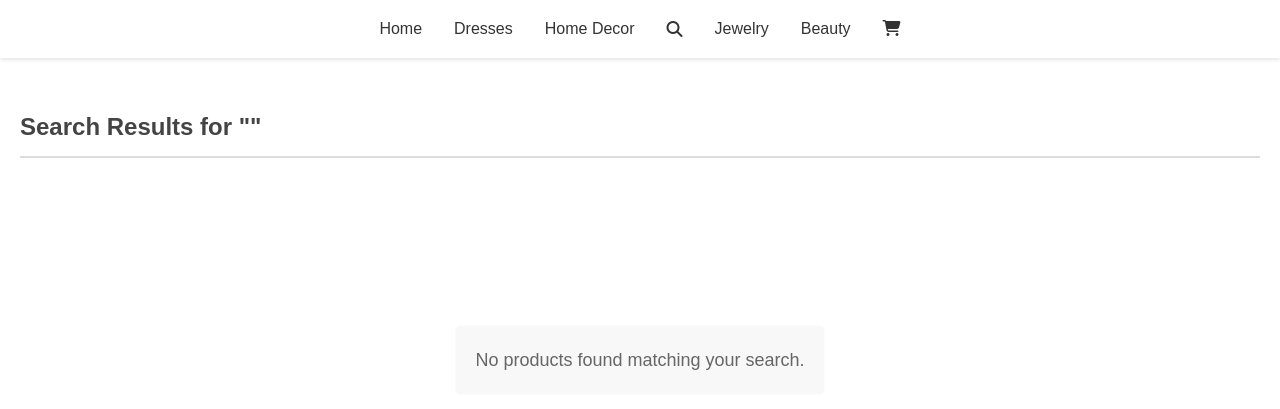
Repository: mrPractise/Elma-Shop
Page: http://localhost/search/
These files come from the project's save history. The page is drawn as it stood at one moment and after the next save; the edit follows.
The browser window is 1280 px wide. The pictures show the whole page.
Some web fonts or font styles are not loaded; a fallback is used. The page is served by the project's application, run on Django 5.2 (manage.py). Other server files are loaded and not shown. Queries for data that is not in the repository find no rows.

Above is the page before, as saved 2024-10-20 16:54:25.

### Shop/templatetags/cart_tags.py
from django import template
from Shop.models import Cart, CartItem

register = template.Library()

@register.filter
def cart_item_count(session):
    cart_id = session.get('cart_id')
    if cart_id:
        return CartItem.objects.filter(cart_id=cart_id).count()
    return 0

### Shop/templatetags/category_tags.py


from django import template
from django.urls import reverse

register = template.Library()

@register.simple_tag
def category_url(category):
    url_names = {
        'beauty-products': 'beauty-products',
        'dresses': 'dresses',
        'jewelry': 'jewelry',
        'home-decor': 'home-decor'
    }
    url_name = url_names.get(category.slug, 'category_detail')
    return reverse(url_name, kwargs={'category_slug': category.slug})

### templates/search_results.html


{% load static %}
{% load humanize %}
{% load custom_filters %}
<link rel="stylesheet" href="{% static 'css/search_results.min.css' %}" />
{% include 'navbar.html' %}
<div class="search-results-container">
    <h2 class="search-results-title">Search Results for "{{ query }}"</h2>

    <div class="product-grid">
        {% for product in products %}
        <div class="product-item" data-product-id="{{ product.id }}" data-subcategory="{{ product.subcategory.slug|default:'all' }}">
            <div class="product-image-container">
                <img src="{{ product.image.url }}" alt="{{ product.name }}" loading="lazy"/>
            </div>
            <div class="product-info">
                <h3>{{ product.name }}</h3>
                <div class="product-desc">
                    <p>{{product.short_description}}</p>
                </div>
                <div class="product-price" data-unit-price="{{ product.price }}">
                    Ksh.{{ product.price|intcomma }}
                </div>
                <div class="product-cart">
                    <button class="cart-btn" data-product-id="{{ product.id }}">
                        Add to Cart
                    </button>
                    <span class="cart-quantity">{{ cart_quantities|get_item:product.id|default:"0" }}</span>
                    <button
                        class="remove-from-cart"
                        data-product-id="{{ product.id }}"
                        style="display: {% if cart_quantities|get_item:product.id %}inline-block{% else %}none{% endif %}"
                    >
                        Remove
                    </button>
                </div>
            </div>
        </div>
        {% empty %}
        <div class="no-product">
            <p class="empty-cart-message">No products found matching your search.</p>
        </div>
        {% endfor %}
    </div>

    {% if products.has_other_pages %}
    <div class="pagination">
        <span class="step-links">
            {% if products.has_previous %}
                <a href="?q={{ query }}&page=1">&laquo; first</a>
                <a href="?q={{ query }}&page={{ products.previous_page_number }}">previous</a>
            {% endif %}
            <span class="current">
                Page {{ products.number }} of {{ products.paginator.num_pages }}.
            </span>
            {% if products.has_next %}
                <a href="?q={{ query }}&page={{ products.next_page_number }}">next</a>
                <a href="?q={{ query }}&page={{ products.paginator.num_pages }}">last &raquo;</a>
            {% endif %}
        </span>
    </div>
    {% endif %}
</div>
<script>
       var initialCartCount = {{ cart_total_items|default:0 }};
</script>
    <script src="{% static 'javascript/cart.min.js' %}"></script>
    <script src="{% static 'javascript/utilities.min.js' %}"></script>

### Shop/context_processors.py
# In a new file, e.g., myapp/context_processors.py

from django.conf import settings
import urllib.parse

def whatsapp_url(request):
    phone_number = settings.WHATSAPP_NUMBER
    message = settings.WHATSAPP_MESSAGE
    whatsapp_url = f"https://wa.me/{phone_number}?text={urllib.parse.quote(message)}"
    return {'whatsapp_url': whatsapp_url}

### templates/navbar.html
{% load static %}
{% load cart_tags %}
<!DOCTYPE html>
<html lang="en">
<head>
    <meta charset="UTF-8">
    <meta name="viewport" content="width=device-width, initial-scale=1.0">
    <title>Responsive Navbar</title>
    <link rel="stylesheet" href="https://cdnjs.cloudflare.com/ajax/libs/font-awesome/6.4.0/css/all.min.css" integrity="sha512-iecdLmaskl7CVkqkXNQ/ZH/XLlvWZOJyj7Yy7tcenmpD1ypASozpmT/E0iPtmFIB46ZmdtAc9eNBvH0H/ZpiBw==" crossorigin="anonymous" referrerpolicy="no-referrer" />
    <link rel="stylesheet" href="{% static 'css/general.min.css' %}" />
</head>
<body>


<nav class="navbar">
    <ul>
        <li><a href="{% url 'home' %}" data-name="home">Home</a></li>
        <li><a href="{% url 'Dresses' %}" data-name="dress">Dresses</a></li>
        <li><a href="{% url 'Homedecor' %}" data-name="homedecor">Home Decor</a></li>
        <li>
            <a href="#" id="search-icon" class="search-icon">
                <i class="fas fa-search"></i>
            </a>
        </li>
        <li><a href="{% url 'Jewelry' %}" data-name="jewelry">Jewelry</a></li>
        <li><a href="{% url 'Beauty-Products' %}" data-name="beauty">Beauty</a></li>
        <li>
            <a href="{% url 'cartpage' %}" data-name="cart" class="cart-icon">
                <i class="fas fa-shopping-cart"></i>
                <span class="cart-counter">{{ request.session|cart_item_count }}</span>
            </a>
        </li>
    </ul>
</nav>

<!-- Search Modal -->
<div id="search-modal" class="modal">
    <div class="modal-content">
        <span class="close">&times;</span>
        <h2>Search Products</h2>
        <form action="{% url 'search_products' %}" method="get" class="search-form">
            <input type="text" name="q" placeholder="Search products..." required>
            <button type="submit"><i class="fas fa-search"></i></button>
        </form>
    </div>
</div>

<script>
    document.addEventListener("DOMContentLoaded", function() {
        // Set initial cart count
        const initialCartCount = {{ request.session|cart_item_count }};
        updateCartCounter(initialCartCount);

        function updateCartCounter(itemCount) {
            const cartCounter = document.querySelector(".cart-counter");
            if (cartCounter) {
                cartCounter.textContent = itemCount;
                cartCounter.style.display = itemCount > 0 ? "block" : "none";
            }
        }

        // Search modal functionality
        var searchIcon = document.getElementById('search-icon');
        var searchModal = document.getElementById('search-modal');
        var closeBtn = searchModal.querySelector('.close');

        searchIcon.addEventListener('click', function(e) {
            e.preventDefault();
            searchModal.style.display = 'block';
        });

        closeBtn.addEventListener('click', function() {
            searchModal.style.display = 'none';
        });

        window.addEventListener('click', function(e) {
            if (e.target == searchModal) {
                searchModal.style.display = 'none';
            }
        });
    });
</script>

### Shop/cache_control.py
from django.utils.cache import patch_cache_control
from django.conf import settings

def cache_control_middleware(get_response):
    def middleware(request):
        response = get_response(request)
        if request.path.startswith(settings.MEDIA_URL) and request.path.lower().endswith(('.png', '.jpg', '.jpeg', '.gif')):
            patch_cache_control(response, max_age=3600*24*30)  # Cache for 30 days
        return response
    return middleware

### Shop/middleware.py
class RemoveNoindexMiddleware:
    def __init__(self, get_response):
        self.get_response = get_response

    def __call__(self, request):
        response = self.get_response(request)

        if request.path == '/sitemap.xml':
            # Remove the x-robots-tag header for sitemap
            response.headers.pop('x-robots-tag', None)
            # Optionally, add a new header to explicitly allow indexing
            response.headers['X-Robots-Tag'] = 'index, follow'

        return response

### Shop/utils.py
from .models import Cart, CartItem
from reportlab.lib import colors
from reportlab.lib.pagesizes import letter
from reportlab.platypus import SimpleDocTemplate, Table, TableStyle, Paragraph, Spacer, Image
from reportlab.lib.styles import getSampleStyleSheet, ParagraphStyle
from reportlab.lib.units import inch
import requests
from io import BytesIO
import os
import uuid
from django.conf import settings
from urllib.parse import urljoin
import re
from urllib.parse import quote


def get_cart_quantities(request):
    if not request.session.session_key:
        return {}

    cart = Cart.objects.filter(session__session_key=request.session.session_key, is_active=True).first()
    if not cart:
        return {}

    cart_items = CartItem.objects.filter(cart=cart)
    return {item.product_id: item.quantity for item in cart_items}



def generate_order_pdf(order_details, items, order_number):
    # Sanitize the order number for use in a filename
    sanitized_order_number = re.sub(r'[^\w\-_\. ]', '_', order_number)

    # Generate a filename based on the sanitized order number
    filename = f"order_{sanitized_order_number}.pdf"
    filepath = os.path.join(settings.MEDIA_ROOT, 'order_pdfs', filename)

    # Ensure the directory exists
    os.makedirs(os.path.dirname(filepath), exist_ok=True)

    # Create the PDF document
    doc = SimpleDocTemplate(filepath, pagesize=letter)
    elements = []

    # Styles
    styles = getSampleStyleSheet()
    title_style = styles['Heading1']
    normal_style = styles['Normal']

    # Add order details
    elements.append(Paragraph(f"Order Details - {order_number}", title_style))
    for line in order_details.split('\n'):
        elements.append(Paragraph(line, normal_style))
    elements.append(Spacer(1, 0.25*inch))

    # Add items
    elements.append(Paragraph("Order Items", title_style))
    for item in items:
        # Create a table for each item
        data = [
            [Paragraph(f"<b>{item['product_name']}</b>", normal_style), ''],
            [f"Quantity: {item['quantity']}", f"Price: Ksh.{item['price']}"],
            [f"Total: Ksh.{item['total']}", '']
        ]

        # Try to add the image
        try:
            # Ensure the image URL is absolute
            image_url = item['image_url']
            if not image_url.startswith(('http://', 'https://')):
                image_url = urljoin(settings.BASE_URL, image_url)

            print(f"Fetching image from URL: {image_url}")  # Log the image URL
            response = requests.get(image_url, timeout=10)
            response.raise_for_status()  # Raise an exception for bad responses

            img = Image(BytesIO(response.content))
            img.drawHeight = 1.5 * inch
            img.drawWidth = 1.5 * inch
            data[0][1] = img
        except requests.RequestException as e:
            print(f"Failed to fetch image. Error: {str(e)}")
            data[0][1] = Paragraph("Image not available", normal_style)
        except Exception as e:
            print(f"Error processing image: {str(e)}")
            data[0][1] = Paragraph("Image not available", normal_style)

        # Create the table and add it to elements
        t = Table(data, colWidths=[4 * inch, 2 * inch])
        t.setStyle(TableStyle([
            ('BACKGROUND', (0, 0), (-1, -1), colors.white),
            ('TEXTCOLOR', (0, 0), (-1, -1), colors.black),
            ('ALIGN', (0, 0), (-1, -1), 'LEFT'),
            ('FONTNAME', (0, 0), (-1, -1), 'Helvetica'),
            ('FONTSIZE', (0, 0), (-1, -1), 12),
            ('TOPPADDING', (0, 0), (-1, -1), 12),
            ('BOTTOMPADDING', (0, 0), (-1, -1), 12),
            ('GRID', (0, 0), (-1, -1), 1, colors.black)
        ]))
        elements.append(t)
        elements.append(Spacer(1, 0.25 * inch))

    # Build the PDF
    doc.build(elements)

    # Generate the URL for the PDF
    pdf_url = os.path.join(settings.MEDIA_URL, 'order_pdfs', filename)

    return filename, pdf_url

### ElmaShop/urls.py
from django.contrib import admin
from django.urls import path, include
from django.conf import settings
from django.conf.urls.static import static
from django.views.static import serve  # Add this import

urlpatterns = [
    path('admin/', admin.site.urls),
    path('', include('Shop.urls')),  # This includes your app's URLs at the root level
]

if settings.DEBUG:
    urlpatterns += static(settings.STATIC_URL, document_root=settings.STATIC_ROOT)
    urlpatterns += static(settings.MEDIA_URL, document_root=settings.MEDIA_ROOT)
else:
    urlpatterns += [
        path('media/<path:path>', serve, {'document_root': settings.MEDIA_ROOT}),
        path('static/<path:path>', serve, {'document_root': settings.STATIC_ROOT}),
    ]

### Shop/urls.py
from django.urls import path
from Shop import views
from django.views.generic import TemplateView
from django.contrib.sitemaps.views import sitemap
from Shop.sitemaps import StaticViewSitemap, CategorySitemap, ProductSitemap

sitemaps = {
    'static': StaticViewSitemap,
    'categories': CategorySitemap,
    'products': ProductSitemap,
}

urlpatterns = [
    path('robots.txt', TemplateView.as_view(template_name="robots.txt", content_type="text/plain"), name='robots_txt'),
    path('sitemap.xml', sitemap, {'sitemaps': sitemaps}, name='django.contrib.sitemaps.views.sitemap'),
    path('', views.home, name='home'),
    path('beauty/', views.beauty, name='Beauty-Products'),
    path('dress/', views.dress, name='Dresses'),
    path('jewelry/', views.jewelry, name='Jewelry'),
    path('homedecor/', views.homedecor, name='Homedecor'),
    path('checkout/', views.checkout, name='checkout'),
    path('products/<slug:category_slug>/', views.category_products, name='category_products'),
    path('cart/', views.cartpage, name='cartpage'),
    path('add-to-cart/<int:product_id>/', views.add_to_cart, name='add_to_cart'),
    path('remove-from-cart/<int:product_id>/', views.remove_from_cart, name='remove_from_cart'),
    path('update-cart/<int:product_id>/', views.update_cart, name='update_cart'),
    path('search/', views.search_products, name='search_products'),
    path('thank-you/', views.thank_you, name='thank_you'),
    path('cancel-order/', views.cancel_order, name='cancel_order'),
]

### Shop/sitemaps.py
from django.contrib.sitemaps import Sitemap
from django.urls import reverse
from .models import Category, Product

class StaticViewSitemap(Sitemap):
    priority = 0.5
    changefreq = 'daily'

    def items(self):
        # Return list of url names for static pages
        return ['home', 'Beauty-Products', 'Dresses', 'Jewelry', 'Homedecor']

    def location(self, item):
        # Reverse the URL names to their corresponding URL paths
        return reverse(item)

class CategorySitemap(Sitemap):
    changefreq = "weekly"
    priority = 0.7

    def items(self):
        # Return all category objects
        return Category.objects.all()

    def location(self, obj):
        # Generate the URL for each category
        return reverse('category_products', args=[obj.slug])

class ProductSitemap(Sitemap):
    changefreq = "weekly"
    priority = 0.6

    def items(self):
        # Return all product objects
        return Product.objects.all()

    def location(self, obj):
        # Generate the URL for each product
        # Note: This assumes products are displayed on their category page with an anchor
        return reverse('category_products', args=[obj.category.slug]) + f'#{obj.id}'

# Dictionary of sitemap classes to be used in urls.py
sitemaps = {
    'static': StaticViewSitemap,
    'categories': CategorySitemap,
    'products': ProductSitemap,
}

### static/css/search_results.min.css
.search-results-container{padding:20px}.search-product-grid{display:grid;grid-template-columns:repeat(auto-fill,minmax(200px,1fr));gap:20px}.search-product-item{border:1px solid #ddd;padding:10px;text-align:center}.search-product-image{max-width:100%;height:auto}.search-pagination{margin-top:20px;text-align:center}.search-page-link{margin:0 5px}.search-current-page{font-weight:700}

### static/css/layout.min.css
.page-container{width:100%;padding:1rem;display:flex;flex-direction:column;min-height:100vh}.items-page-categories{display:flex;flex-direction:column}.items-page-category{background:0 0;border:none;padding:.5rem;cursor:pointer;transition:color .3s ease;overflow:visible;margin-bottom:3px;white-space:wrap;word-wrap:break-word}.items-page-category.active,.items-page-category:hover{color:#e74c3c;background-color:#bfdfd3;border-right:3px solid #daa520}.content-wrapper{width:100%;display:grid;grid-template-columns:1fr 6fr;gap:10px}.sidebar{flex:0 0 auto;position:sticky;top:65px;height:fit-content;overflow:hidden;border:2px solid green}.product-grid{display:grid;grid-template-columns:repeat(4,1fr);gap:20px 10px;align-items:start;border:2px solid red}.product-item{background:#fff;border:1px solid #ddd;border-radius:8px;padding:10px;display:flex;flex-direction:column;box-shadow:0 4px 8px rgba(0,0,0,.1);margin-bottom:20px;overflow:hidden}.product-item img{width:100%;max-height:380px;object-fit:cover;border-radius:5px;margin-bottom:.5rem}.product-item:hover{transform:translateY(-5px);box-shadow:0 8px 16px rgba(0,0,0,.2)}.product-item h3{font-size:1rem}.product-desc{font-size:.9rem;line-height:1.4;margin:5px 0;flex-grow:1;overflow:hidden;text-overflow:ellipsis;white-space:normal;word-wrap:break-word}.cart-quantity{font-weight:500;background-color:#e7d33c;color:#221f1f;padding:.2rem .6rem;border-radius:50%}.product-price{font-weight:700;color:#e74c3c;margin:10px 0}.product-cart{display:flex;justify-content:space-between;align-items:center;padding:0 10px;margin-top:auto}.cart-btn,.remove-from-cart{padding:1.5rem;border:none;border-radius:5px;cursor:pointer;transition:background-color .3s ease;font-size:.5rem}.cart-btn{background-color:#3498db;color:#fff;flex-grow:1;margin-right:.5rem}.cart-btn:hover{background-color:#2980b9}.remove-from-cart{background-color:#e74c3c;color:#fff}.remove-from-cart:hover{background-color:#c0392b}@media (max-width:700px){.product-grid{grid-template-columns:1fr}.content-wrapper{grid-template-columns:3fr 5fr}}@media (min-width:701px) and (max-width:1199px){.product-grid{grid-template-columns:repeat(3,1fr)}}

Loaded but not shown: Shop/templatetags/custom_filters.py (common file); static/css/general.min.css (library); static/javascript/cart.min.js (1 lines, source omitted); static/javascript/utilities.min.js (1 lines, source omitted); Shop/views.py (421 lines, source omitted); Shop/models.py (300 lines, source omitted)

After the next save:
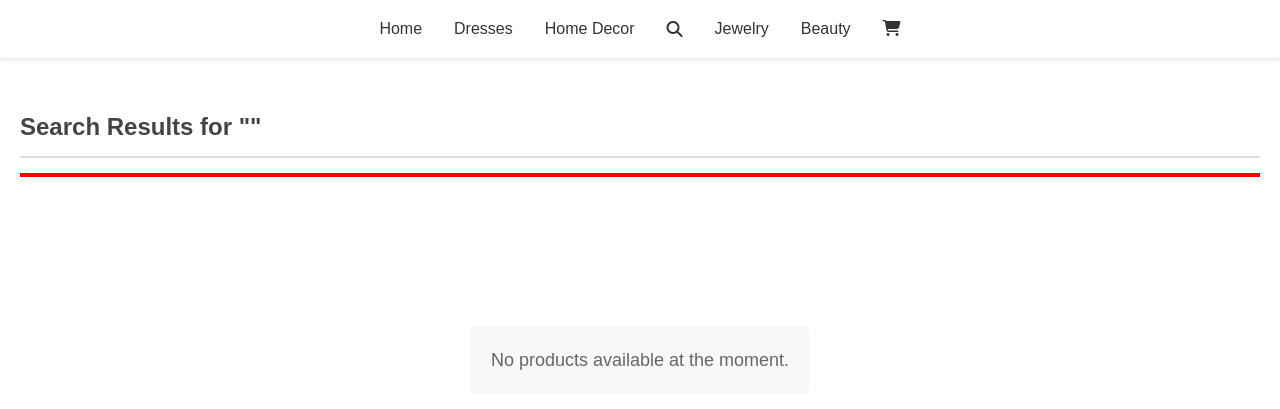
Saved 3 min 28 s later.
--- a/templates/search_results.html
+++ b/templates/search_results.html
@@ -4,45 +4,50 @@
 {% load humanize %}
 {% load custom_filters %}
 <link rel="stylesheet" href="{% static 'css/search_results.min.css' %}" />
+    <link rel="stylesheet" href="{% static 'css/layout.min.css' %}" />
+        <link rel="stylesheet" href="{% static 'css/general.min.css' %}" />
+
 {% include 'navbar.html' %}
+
+
 <div class="search-results-container">
     <h2 class="search-results-title">Search Results for "{{ query }}"</h2>
 
-    <div class="product-grid">
+  <div class="product-grid">
         {% for product in products %}
-        <div class="product-item" data-product-id="{{ product.id }}" data-subcategory="{{ product.subcategory.slug|default:'all' }}">
-            <div class="product-image-container">
-                <img src="{{ product.image.url }}" alt="{{ product.name }}" loading="lazy"/>
+          <div
+            class="product-item"
+            data-product-id="{{ product.id }}"
+            data-subcategory="{{ product.subcategory.slug|default:'all' }}"
+          >
+            <img src="{{ product.image.url }}" alt="{{ product.name }}" loading="lazy" />
+            <h3>{{ product.name }}</h3>
+            <p class="product-desc">{{product.short_description}}</p>
+            <p class="product-price" data-unit-price="{{ product.price }}">
+              Ksh.{{ product.price|intcomma }}
+            </p>
+            <div class="product-cart">
+              <button class="cart-btn" data-product-id="{{ product.id }}">
+                Add
+              </button>
+              <span class="cart-quantity">{{ cart_quantities|get_item:product.id|default:"0" }}</span>
+              <button
+                class="remove-from-cart"
+                data-product-id="{{ product.id }}"
+                style="display: {% if cart_quantities|get_item:product.id %}inline-block{% else %}none{% endif %}"
+              >
+                Remove
+              </button>
             </div>
-            <div class="product-info">
-                <h3>{{ product.name }}</h3>
-                <div class="product-desc">
-                    <p>{{product.short_description}}</p>
-                </div>
-                <div class="product-price" data-unit-price="{{ product.price }}">
-                    Ksh.{{ product.price|intcomma }}
-                </div>
-                <div class="product-cart">
-                    <button class="cart-btn" data-product-id="{{ product.id }}">
-                        Add to Cart
-                    </button>
-                    <span class="cart-quantity">{{ cart_quantities|get_item:product.id|default:"0" }}</span>
-                    <button
-                        class="remove-from-cart"
-                        data-product-id="{{ product.id }}"
-                        style="display: {% if cart_quantities|get_item:product.id %}inline-block{% else %}none{% endif %}"
-                    >
-                        Remove
-                    </button>
-                </div>
-            </div>
-        </div>
+          </div>
+
+
         {% empty %}
-        <div class="no-product">
-            <p class="empty-cart-message">No products found matching your search.</p>
-        </div>
+          <div class="no-product">
+            <p class="empty-cart-message">No products available at the moment.</p>
+          </div>
         {% endfor %}
-    </div>
+      </div>
 
     {% if products.has_other_pages %}
     <div class="pagination">
